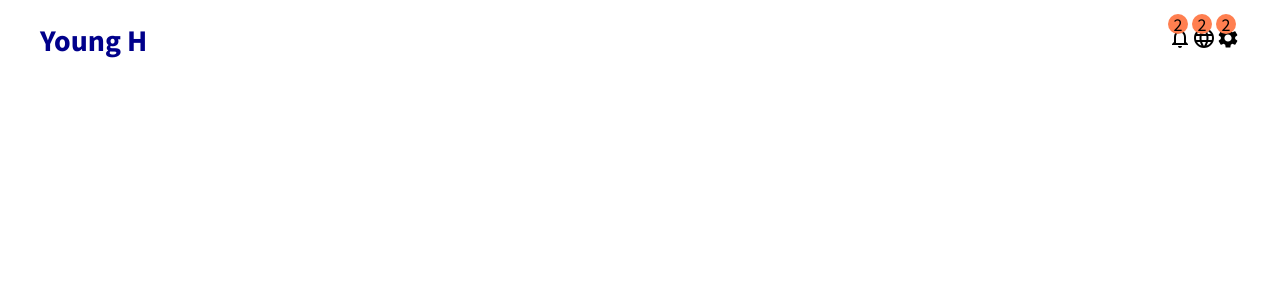
Repository: noname20011/admin
Page: /
These files come from the project's save history. The page is drawn as it stood at one moment and after the next save; the edit follows.
The browser window is 1280 px wide. The pictures show the whole page.
The project was rebuilt for these pictures with package versions that can differ from the ones it lists, and the page was loaded fresh each time.

Above is the page before, as saved 2021-11-13 09:03:01.

### public/index.html
<!DOCTYPE html>
<html lang="en">
  <head>
    <meta charset="utf-8" />
    <link rel="icon" href="%PUBLIC_URL%/favicon.ico" />
    <meta name="viewport" content="width=device-width, initial-scale=1" />
    <meta name="theme-color" content="#000000" />
    <meta
      name="description"
      content="Web site created using create-react-app"
    />
    <!-- GOOGLE FONTS -->
    <link href="https://fonts.googleapis.com/css2?family=Source+Sans+Pro:wght@200;300;400;600;700;900&display=swap" rel="stylesheet">
    <style>
      * {
        font-family: 'Source Sans Pro', sans-serif;
        padding: 0;
        margin: 0;
      }
    </style>
    <title>React Admin App</title>
  </head>
  <body>
    <div id="root"></div>
  </body>
</html>

### src/App.js
import Topbar from "./comopnents/topbar/Topbar";

function App() {
  return (
    <div>
      <Topbar/>
    </div>
  );
}

export default App;

### src/comopnents/topbar/Topbar.jsx
import React from 'react'
import './topbar.css'

import { Language, NotificationsNone, Settings  } from '@material-ui/icons'

export default function Topbar() {
    return (
        <div className="topbar">
            <div className="topbarWrapper">
                <div className="topLeft">
                    <div className="logo">Young H</div>
                </div>
                <div className="topRight">
                    <div className="topbarIconContainer">
                        <NotificationsNone/>
                        <div className="topIconsBadge">2</div>
                    </div>
                    <div className="topbarIconContainer">
                        <Language/>
                        <div className="topIconsBadge">2</div>
                    </div>
                    <div className="topbarIconContainer">
                        <Settings/>
                        <div className="topIconsBadge">2</div>
                    </div>
                </div>
            </div>
        </div>
    )
}

### src/comopnents/topbar/topbar.css
.topbar {
    width: 100%;
    height: 80px;
    background: #fff;
}

.topbarWrapper {
    height: 100%;
    padding: 0 40px;
    display: flex;
    justify-content: space-between;
    align-items: center;
}

.logo {
    font-weight: bold;
    font-size: 30px;
    color: darkblue;
    cursor: pointer;
}

.topRight {
    display: flex;
}
.topbarIconContainer {
    position: relative;
}

.topIconsBadge {
    font-size: 18px;

    position: absolute;
    top: -12px;
    right: 4px;

    width: 20px;
    height: 20px;
    background-color: coral;
    border-radius: 50%;

    display: flex;
    place-content: center;
    place-items: center;
}

Loaded but not shown: src/index.js (common file)

After the next save:
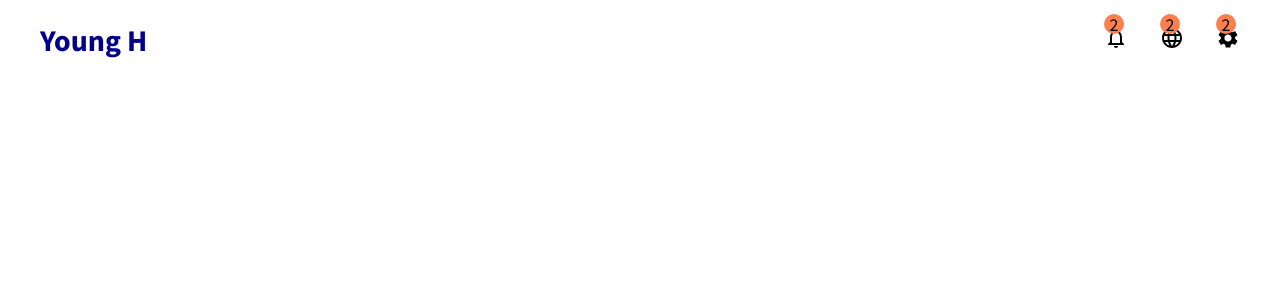
Saved 10 s later.
--- a/src/comopnents/topbar/topbar.css
+++ b/src/comopnents/topbar/topbar.css
@@ -21,6 +21,7 @@
 
 .topRight {
     display: flex;
+    column-gap: 2rem;
 }
 .topbarIconContainer {
     position: relative;
